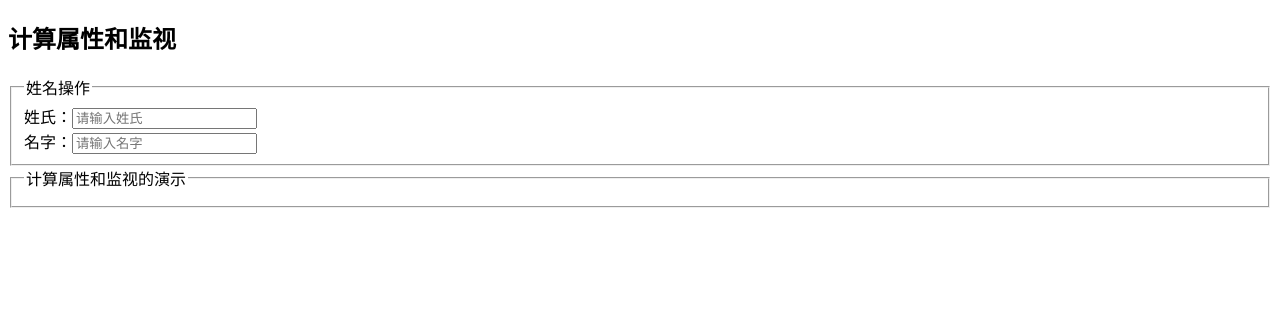
Repository: zhuhongxiang/Vue3.0-TSLeaning
Page: / (app in 04_Vue3/vue3_learning/)
An editor plug-in stored every save of this project. The page is shown before and after the next save, followed by the edit.
The browser window is 1280 px wide. The pictures show the whole page.
The project was rebuilt for these pictures with package versions that can differ from the ones it lists, and the page was loaded fresh each time.

Above is the page before, as saved 2021-07-26 11:02:00.

### 04_Vue3/vue3_learning/src/main.ts
// 程序的主入口文件，ts文件，是main.ts
// 引入createApp函数，创建对应的应用产生应用的实例对象
import { createApp } from 'vue'
// 引入App组件（所有组件的父级组件）
import App from './App.vue'
// 创建App应用返回对应的实例对象，调用mount方法进行挂载
createApp(App).mount('#app')

### 04_Vue3/vue3_learning/src/App.vue
<template>
  <h2>计算属性和监视</h2>
  <fieldset>
    <legend>姓名操作</legend>
    姓氏：<input type="text" placeholder="请输入姓氏" /><br />
    名字：<input type="text" placeholder="请输入名字" />
  </fieldset>
  <fieldset>
    <legend>计算属性和监视的演示</legend>
  </fieldset>
</template>

<script lang='ts'>
import { defineComponent, reactive } from "vue";
export default defineComponent({
  name: "App",
  props: {},
  components: {},
  setup() {
    return {};
  },
});
</script>

<style scoped>
</style>

Loaded but not shown: 04_Vue3/vue3_learning/public/index.html (common file)

After the next save:
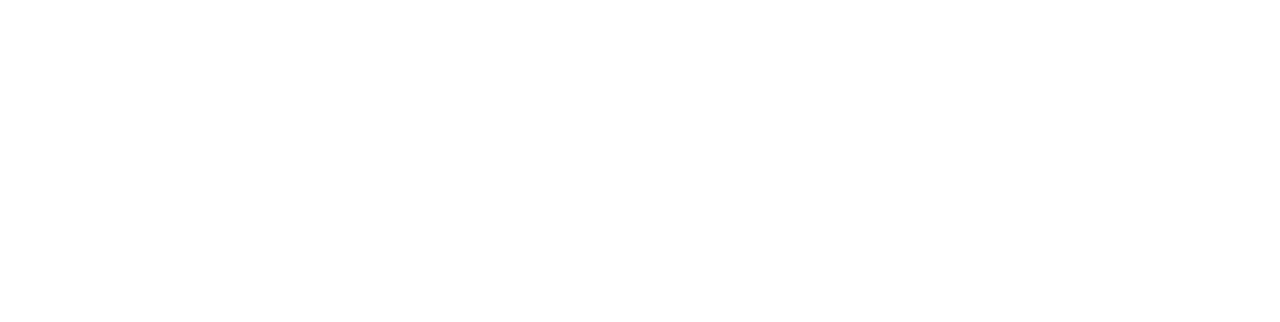
Console error: ReferenceError: lastNa is not defined
Saved 2 min 21 s later.
--- a/04_Vue3/vue3_learning/src/App.vue
+++ b/04_Vue3/vue3_learning/src/App.vue
@@ -7,6 +7,9 @@
   </fieldset>
   <fieldset>
     <legend>计算属性和监视的演示</legend>
+    姓名：<input type="text" placeholder="显示姓名" /><br />
+    姓名：<input type="text" placeholder="显示姓名" /><br />
+    姓名：<input type="text" placeholder="显示姓名" /><br />
   </fieldset>
 </template>
 
@@ -17,6 +20,11 @@
   props: {},
   components: {},
   setup() {
+    // 定义一个响应式的对象
+    const user = reactive({
+      firstName:'东方',
+      lastNa
+    })
     return {};
   },
 });

After the save that followed:
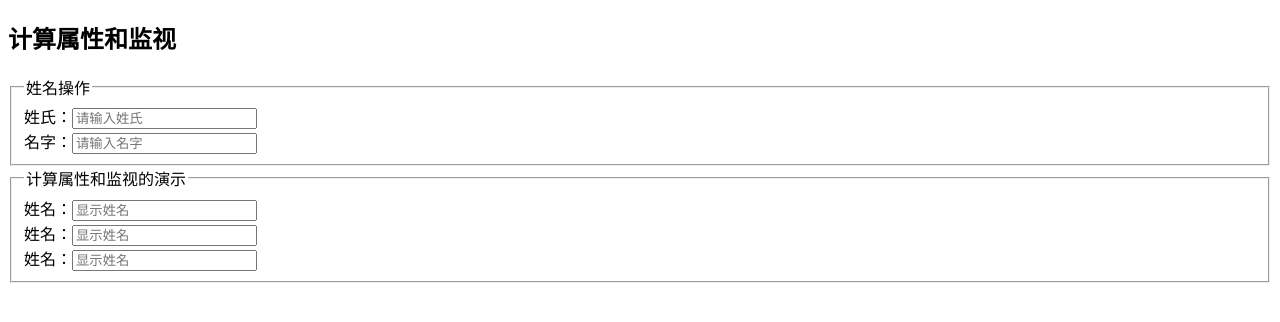
The error is gone.
Saved 13 s later.
--- a/04_Vue3/vue3_learning/src/App.vue
+++ b/04_Vue3/vue3_learning/src/App.vue
@@ -22,10 +22,12 @@
   setup() {
     // 定义一个响应式的对象
     const user = reactive({
-      firstName:'东方',
-      lastNa
-    })
-    return {};
+      firstName: "东方",
+      lastName: "不败",
+    });
+    return {
+      user,
+    };
   },
 });
 </script>
